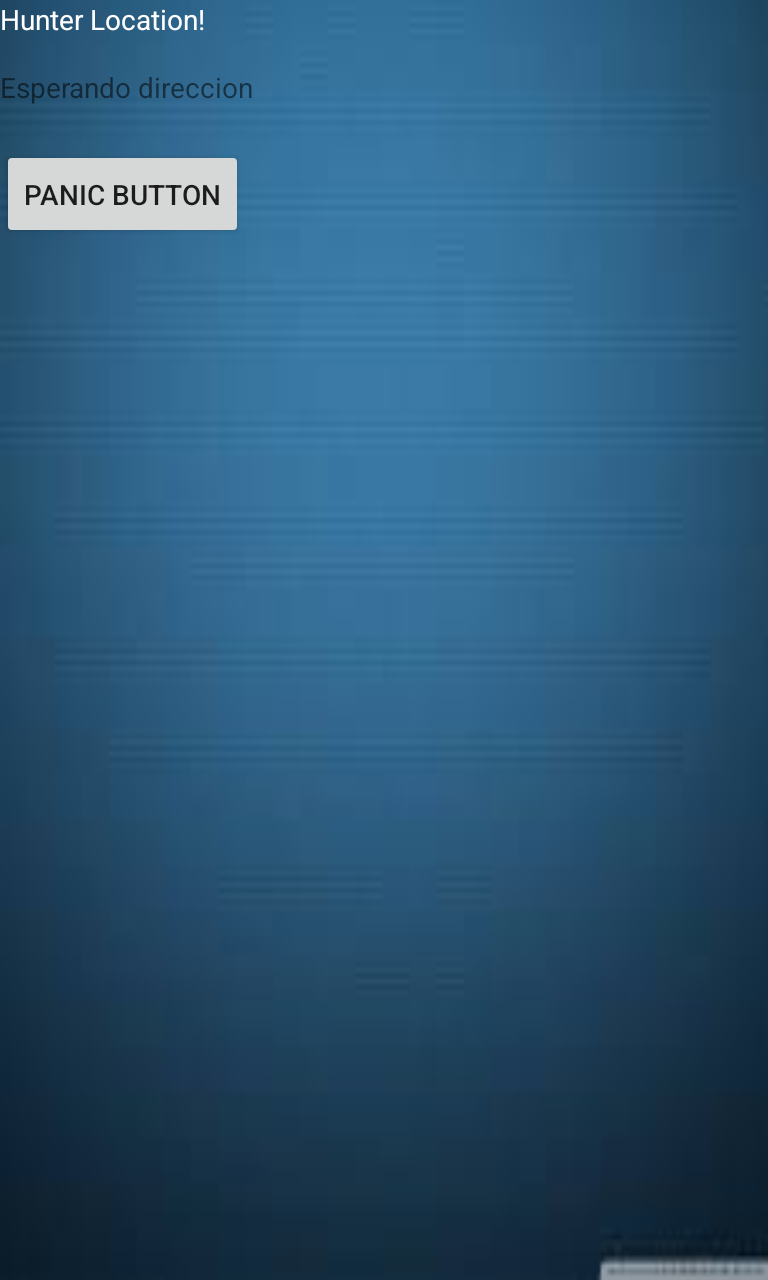
Repository: aludena18/android_apps
Layout: AlarmServiceLocation/res/layout/activity_main.xml
The author's editor kept a copy of each file at every save. The layout is drawn from the files as they stood at one save, then again after the next save.
It is drawn on a 768 x 1280 px phone screen (xhdpi) without system bars, with theme AppTheme; the app's code is not run.

Above is the layout before, as saved 2015-07-20 14:48:51.

After the next save:
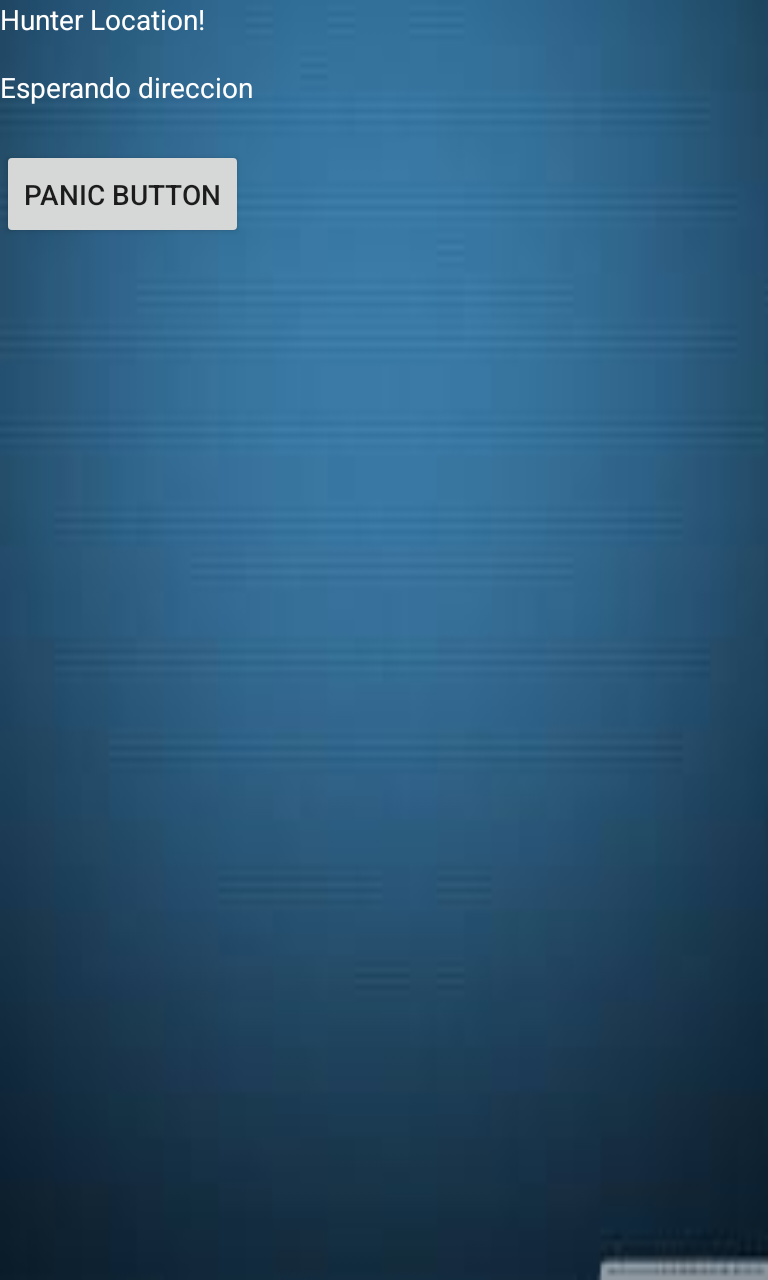
Saved 17 s later.
--- a/AlarmServiceLocation/res/layout/activity_main.xml
+++ b/AlarmServiceLocation/res/layout/activity_main.xml
@@ -22,6 +22,7 @@
             android:layout_width="wrap_content"
             android:layout_height="wrap_content"
             android:layout_marginTop="15dp"
+            android:textColor="#ffffff"
             android:text="@string/etqTxvDireccion" />
     </LinearLayout>
 
